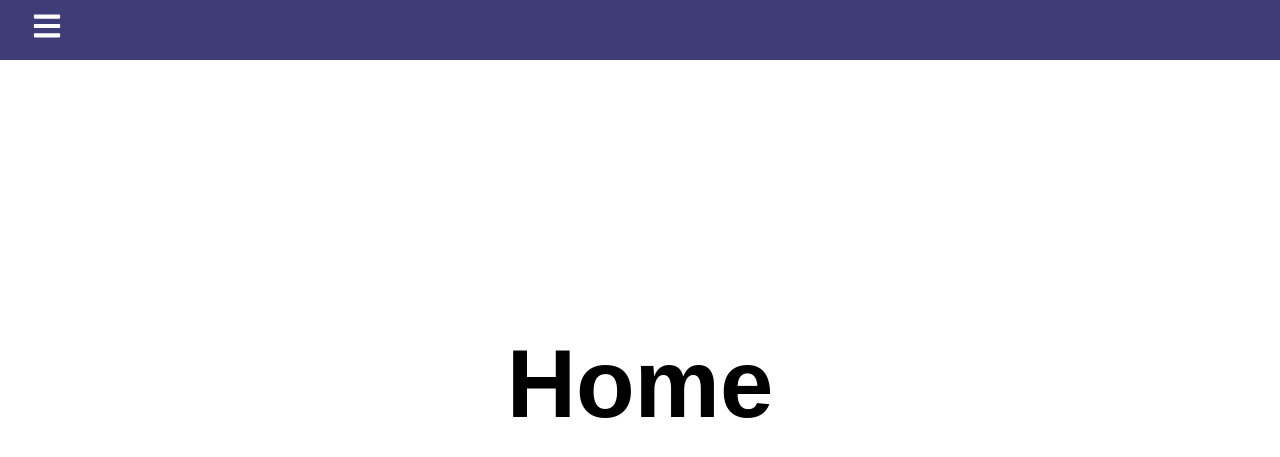
Repository: dcutalo/GasPal
Page: / (app in client/)
These files come from the project's save history. The page is drawn as it stood at one moment and after a run of saves; the edit follows.
The browser window is 1280 px wide. The pictures show the whole page.
Some web fonts or font styles are not loaded; a fallback is used. The project was rebuilt for these pictures with package versions that can differ from the ones it lists, and the page was loaded fresh each time. Also part of the build but not shown: client/src/pages/triphistory.js, client/src/pages/gasefficiencyreports.js, client/src/pages/userprofile.js.

Above is the page before, as saved 2021-10-05 21:27:04.

### client/src/App.js
import React from 'react';
import './App.css';
import Sidebar from './components/Sidebar';
import { BrowserRouter as Router, Switch, Route} from 'react-router-dom';
import Home from './pages/home';
import TripHistory from './pages/triphistory';
import Reports from './pages/gasefficiencyreports';
import UserProfile from './pages/userprofile';


function App() {
  return (
    <>
    <Router>
      <Sidebar />
      <Switch>
        <Route path = '/' exact component={Home}/>
        <Route path = '/triphistory' component={TripHistory}/>
        <Route path = '/gasefficiencyreports' component={Reports}/>
        <Route path = '/userprofile' component={UserProfile}/>
      </Switch>
    </Router>

    </>
  );
}

export default App;

### client/src/App.css
@import url(https://fonts.googleapis.com/css2?family=Gluten&display=swap);

* {
  box-sizing: border-box;
  margin: 0;
  padding: 0;
  font-family: 'Latp', sans-serif;
}

.home, .gasefficiencyreports, .triphistory, .userprofile {
  display: flex;
  height: 90vh;
  align-items: center;
  justify-content: center;
  font-size: 3rem;
}

### client/src/components/Sidebar.js
import React, {useState} from 'react'
import * as FaIcons from "react-icons/fa";
import * as AiIcons from "react-icons/ai";
import { Link } from 'react-router-dom';
import { SidebarData } from './Sidebardata';
import './Sidebar.css';
import { IconContext } from 'react-icons'

function Sidebar() {
    const [sidebar, setSidebar] = useState(false)

    const showSidebar = () => setSidebar(!sidebar)

    return (
        <>
        <IconContext.Provider value={{size: '30px', className:"icons"}}>
            <div className ="sidebar">
                <Link to="#" className='menu-bars'>
                    <FaIcons.FaBars onClick={showSidebar} />
                </Link>
            </div>

            <nav className={sidebar ? 'side-menu active' : 'side-menu'}>
                <ul className='side-menu-items'>
                    <li className="sidebar-toggle">
                        <Link to="#" className='menu-bars' onClick={showSidebar}>
                            <AiIcons.AiOutlineClose />
                        </Link>
                    </li>

                    {SidebarData.map((item,index) => {
                        return (

                            <li key={index} className={item.cName}>
                                <Link to={item.path}>
                                    {item.icon}
                                    <span>{item.title}</span>
                                </Link>
                            </li>

                        );
                    })}

                </ul>
            </nav>

        </IconContext.Provider>
        </>
    )
}

export default Sidebar

### client/src/pages/home.js
import React from 'react'

function Home() {
    return (
        <div className='home'>
            <h1>Home</h1>
        </div>
    )
}

export default Home

### client/src/components/Sidebardata.js
import React from 'react'
import * as AiIcons from "react-icons/ai";
import * as CgIcons from "react-icons/cg";
import * as HiIcons from "react-icons/hi";

export const SidebarData = [
    {
        title: 'Home',
        path: '/',
        icon: <AiIcons.AiFillHome />,
        cName: 'side-text'
    },
    {
        title: 'Gas Efficiency Reports',
        path: '/gasefficiencyreports',
        icon: <HiIcons.HiDocumentReport />,
        cName: 'side-text'
    },
    {
        title: 'Trip History',
        path: '/triphistory',
        icon: <AiIcons.AiOutlineHistory />,
        cName: 'side-text'
    },
    {
        title: 'User Profile',
        path: '/userprofile',
        icon: <CgIcons.CgProfile />,
        cName: 'side-text'
    }
]

### client/src/components/Sidebar.css
.sidebar {
    background-color: #3f3d77;
    height: 60px;
    display: flex;
    justify-content: start;
    align-items: center;
}

.menu-bars {
    margin-left: 2rem;
    font-size: 2rem;
    background: none;
    color:rgb(255, 255, 255)
}

.side-menu {
    background-color: #3f3d77;
    width: 300px;
    height: 120vh;
    display: flex;
    justify-content: center;
    position: fixed;
    top: 0;
    left: -100%;
    transition: 850ms;
}

.side-menu.active {
    left: 0;
    transition: 350ms;
}

.side-text {
    display: flex;
    justify-content: center;
    align-items: center;
    padding: 8px 0px 8px 16px;
    list-style: none;
    height: 60px;
}

.side-text a {
    text-decoration: none;
    color: rgb(255, 255, 255);
    font-size: 18px;
    width: 95%;
    height: 100%;
    display: flex;
    align-items: center;
    border-radius: 4px;
}

.side-text a:hover {
    background-color: #d0a3eb;
    color: black;
}

.side-menu-items {
    width: 100%;
}

.sidebar-toggle {
    background-color: #24234b;
    width: 100%;
    height: 60px;
    display: flex;
    justify-content: start;
    align-items: center;
}

span{
    margin-left: 16px;
}

Loaded but not shown: client/public/index.html (common file); client/src/index.js (common file)

After the next 3 saves:
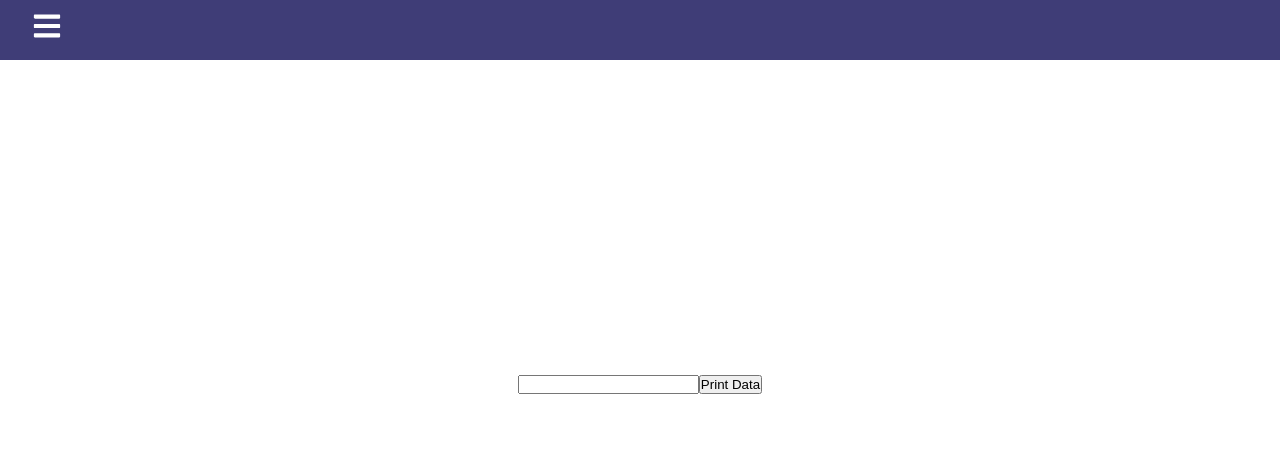
The 3 saves are shown as one change because 2 did not build or start.
The last was saved 3 min 47 s later.
--- a/client/src/pages/home.js
+++ b/client/src/pages/home.js
@@ -1,9 +1,25 @@
 import React from 'react'
+import {useState}from 'react'
 
 function Home() {
+    const [data,setData]=useState(null)
+    const [print,setPrint]=useState(false)
+    function getData(val)
+    {
+        console.warn(val.target.value)
+        setData(val.target.value)
+        setPrint(false)
+    }
+
     return (
         <div className='home'>
-            <h1>Home</h1>
+            {
+                print?
+                <h1> {data}</h1>
+                :null
+            }
+            <input type="text" onChange={getData} />
+            <button onClick={()=>setPrint(true)} >Print Data</button>
         </div>
     )
 }
